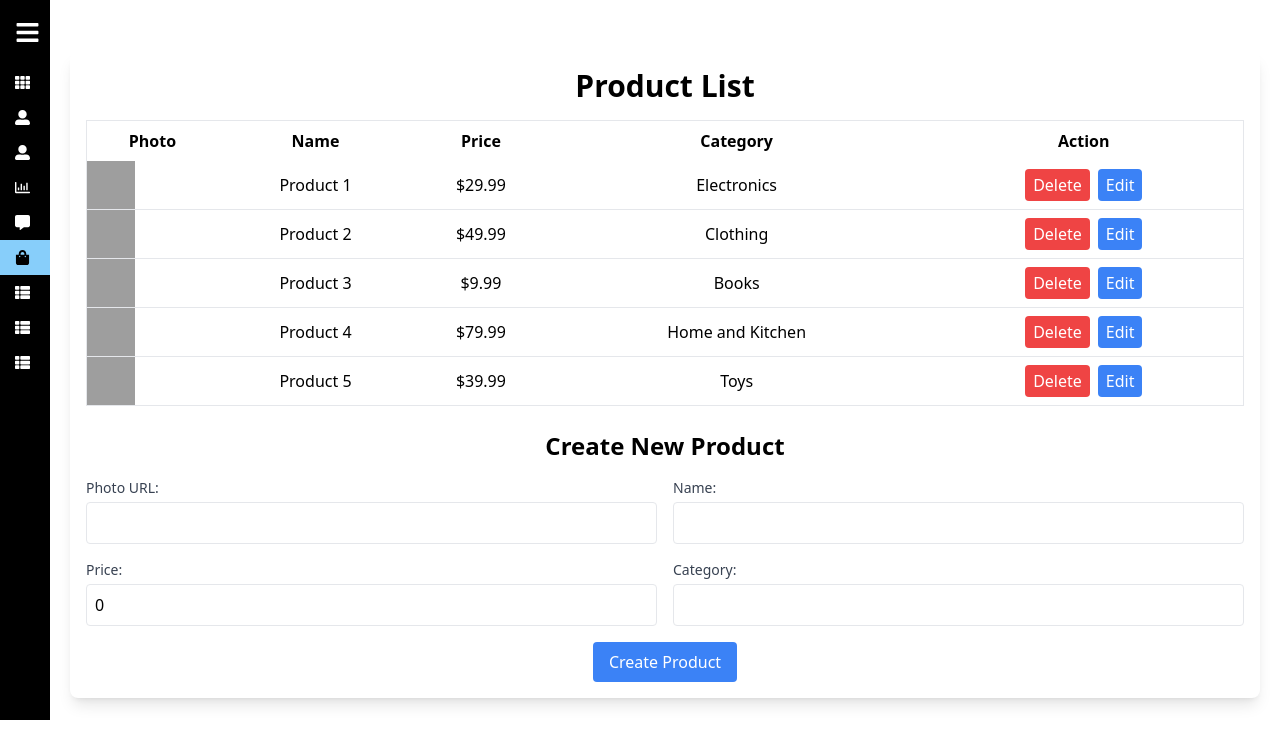
Repository: AndargWorku12/admin-dashboard
Page: /product
The author's editor kept a copy of each file at every save. The page is drawn from the files as they stood at one save, then again after the next save.
The browser window is 1280 px wide. The pictures show the whole page.
Pictures or frames that could not be fetched are drawn as grey boxes. The project was rebuilt for these pictures with package versions that can differ from the ones it lists, and the page was loaded fresh each time. Also part of the build but not shown: src/pages/Dashboard.tsx, src/pages/Orders.tsx, src/style/category.css, src/pages/Category.tsx, src/pages/Login.tsx, src/pages/Analytics.tsx, src/pages/CustemerReview.tsx, src/pages/ShopCard.tsx and 1 more.

Above is the page before, as saved 2024-01-25 03:46:34.

After the next save:
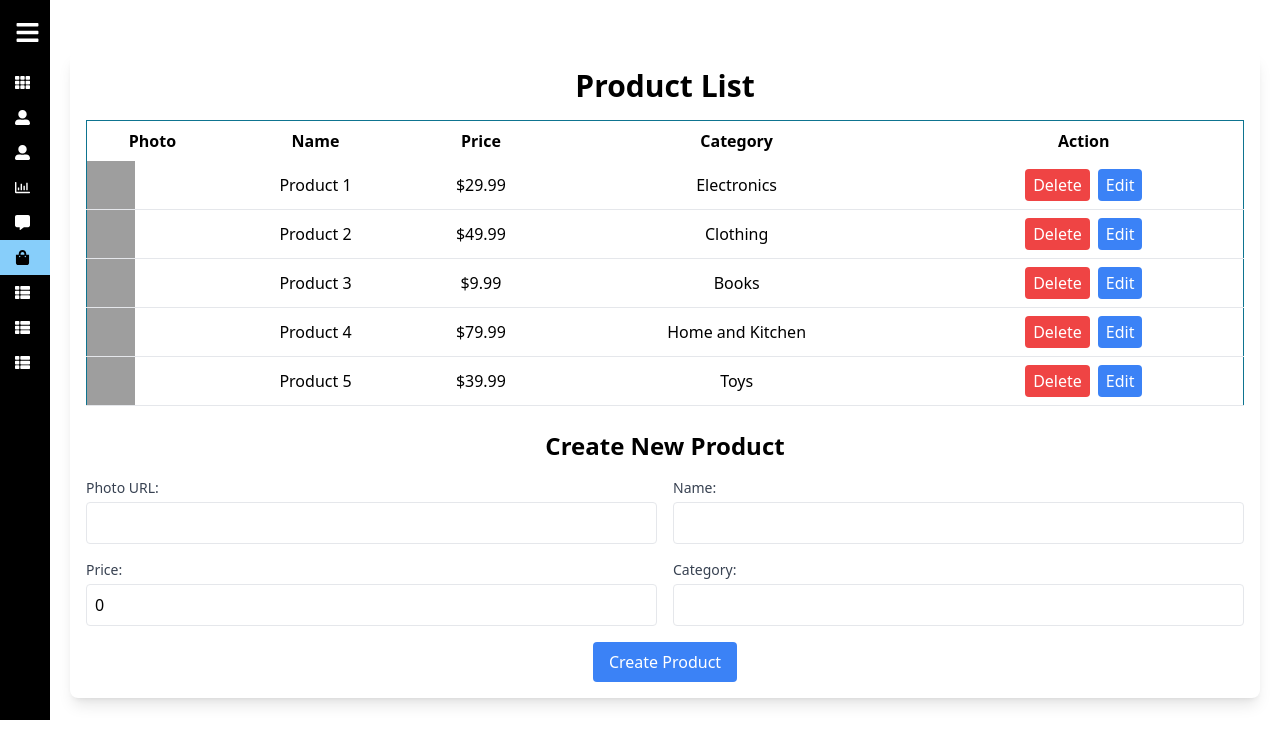
Saved 48 s later.
--- a/src/pages/ProductList.tsx
+++ b/src/pages/ProductList.tsx
@@ -52,7 +52,7 @@ const ProductList: React.FC<ProductListProps> = ({ products, onCreate, onDelete,
   return (
     <div className="container mx-auto my-8 p-4 bg-white shadow-lg rounded-lg block gap-64 text-center">
       <h2 className="text-3xl font-bold mb-4">Product List</h2>
-      <table className="w-full border">
+      <table className="w-full border border-cyan-700">
         <thead>
           <tr>
             <th className="py-2">Photo</th>
